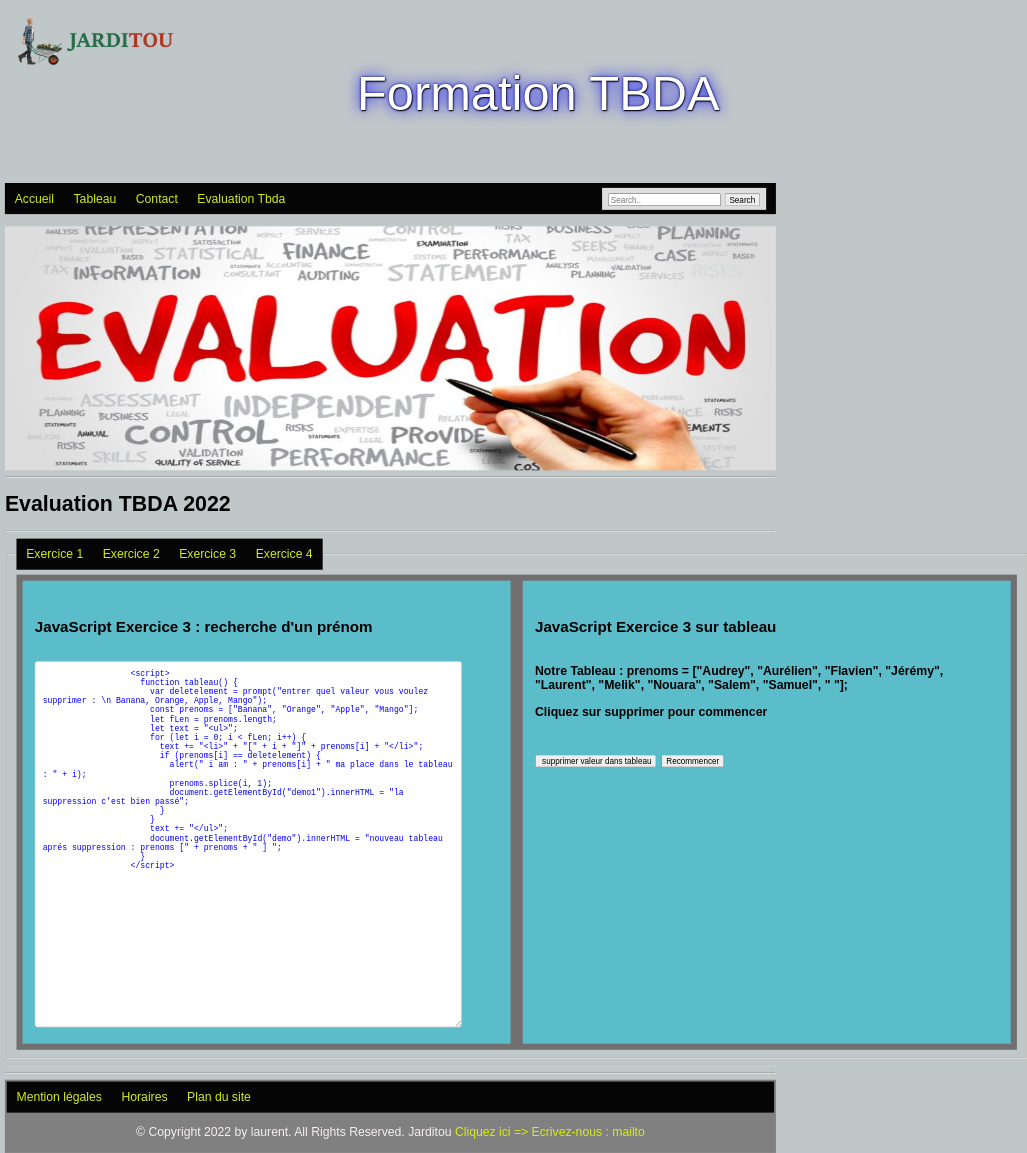
Repository: laurentbul/jarditou
Page: javascript/EvaluationTbda/eval_ex3.html
These files come from the project's save history. The page is drawn as it stood at one moment and after the next save; the edit follows.
The browser window is 1280 px wide. The page is 1684 px wide, so the pictures cover 1684 px, including what lies to the right of the window. The pictures show the whole page, at 61% of full size.

Above is the page before, as saved 2022-12-15 03:16:26.

### javascript/EvaluationTbda/eval_ex3.html
<!DOCTYPE html>
<html lang="fr">

<head>
  <meta charset="UTF-8">
  <meta http-equiv="X-UA-Compatible" content="IE=edge">
  <meta name="viewport" content="width=device-width, initial-scale=1.0">
  <title>cours exercices HTML</title>
  <link rel="stylesheet" href="../assets/css/style.css" />
  <style>
    .flex-container2 {
      display: flex;
      background-color: rgb(114, 111, 113);
    }

    .flex-container2>div {
      background-color: #5cbdca;
      margin: 10px;
      padding: 20px;
      font-size: 30px;
      width: 800px;
    }
  </style>
</head>

<body>
  <div class="flex-container">
    <div class="logo"><img src="../assets/img/jarditou_logo.png" alt="jarditou logo" title="jarditou logo"
        height="80" />
    </div>
    <div>
      <p class="slogan">Formation TBDA </p>
    </div>
  </div>
  <nav>
    <ul>
      <li><a href="../index.html">Accueil</a></li>
      <li><a href="../table.html">Tableau</a></li>
      <li><a href="../contact.html">Contact</a></li>
      <li><a href="../EvaluationTbda/evaluation_tbda.html">Evaluation Tbda</a></li>
      <li class="search-container">
        <div>
          <form action="/action_page.php">
            <input type="text" class="searchinput" placeholder="Search.." name="search" />
            <button type="submit">Search</button>
          </form>
        </div>
      </li>
    </ul>
  </nav>
  <img src="../assets/img/evaluation2.jpg" width="500" height="400" alt="qu'est ce que html" class="imgpromotion"
    title="promotion jarditou" />
  <hr />
  <h1>Evaluation TBDA 2022</h1>
  <include src="./horaire.html"></include>
  <hr>
  <fieldset>
    <legend style="padding:1px 0; font-size:20px;">
      <nav>
        <ul>
          <li><a href="eval_ex1.html">Exercice 1 </a></li>
          <li><a href="eval_ex2.html">Exercice 2 </a></li>
          <li><a href="eval_ex3.html">Exercice 3</a></li>
          <li><a href="eval_ex4.html">Exercice 4</a></li>
          </li>
        </ul>
      </nav>
    </legend>
    <div class="flex-container2">
      <div id="code">
        <h5>JavaScript Exercice 3 : recherche d'un prénom</h5>
        <textarea style="height: 600px;width: 700px; color: blue;">
                  <script>
                    function tableau() {
                      var deletelement = prompt("entrer quel valeur vous voulez supprimer : \n Banana, Orange, Apple, Mango");
                      const prenoms = ["Banana", "Orange", "Apple", "Mango"];
                      let fLen = prenoms.length;
                      let text = "<ul>";
                      for (let i = 0; i < fLen; i++) {
                        text += "<li>" + "[" + i + "]" + prenoms[i] + "</li>";
                        if (prenoms[i] == deletelement) {
                          alert(" i am : " + prenoms[i] + " ma place dans le tableau : " + i);
                          prenoms.splice(i, 1);
                          document.getElementById("demo1").innerHTML = "la suppression c'est bien passé";
                        }
                      }
                      text += "</ul>";
                      document.getElementById("demo").innerHTML = "nouveau tableau aprés suppression : prenoms [" + prenoms + " ] ";
                    }
                  </script>
    </textarea>
      </div>
      <div id="ex1">
        <div>
          <h5>JavaScript Exercice 3 sur tableau </h5>
          <h6>Notre Tableau :
            prenoms = ["Audrey", "Aurélien", "Flavien", "Jérémy", "Laurent", "Melik", "Nouara", "Salem", "Samuel", " "];
            <p>Cliquez sur supprimer pour commencer</p>
          </h6>
          <p id="demo1"></p>
          <p id="demo" style="color:blue"></p>
          <input type="button" onclick="tableau()" value=" supprimer valeur dans tableau" />
          <input type="button" onclick="myFunction()" value="Recommencer" />
        </div>
      </div>
    </div>
  </fieldset>
  <hr>
  <script>
    function tableau() {
      var deletelement = prompt("entrer quel valeur vous voulez supprimer : \n Flavien, Jérémy, Laurent, Melik, Nouara, Salem, Samuel");
      const prenoms = ["Audrey", "Aurélien", "Flavien", "Jérémy", "Laurent", "Melik", "Nouara", "Salem", "Samuel"];
      let fLen = prenoms.length;
      let text = "<ul>";
      for (let i = 0; i < fLen; i++) {
        text += "<li>" + "[" + i + "]" + prenoms[i] + "</li>";
        if (prenoms[i] == deletelement) {
          alert(" i am : " + prenoms[i] + " ma place dans le tableau : " + i);
          prenoms.splice(i, 1);
          document.getElementById("demo1").innerHTML = "la suppression c'est bien passé";
        }
      }
      text += "</ul>";
      document.getElementById("demo").innerHTML = "nouveau tableau aprés suppression : prenoms [" + prenoms + " ] ";
    }
    function myFunction() {
      location.reload();
    }
    function reset() {
      document.getElementById("myForm").reset();
    }
  </script>
  <hr>
  <footer>
    <nav>
      <ul>
        <li><a href="mentionlegale.html">Mention légales</a></li>
        <li><a href="horaire.html">Horaires</a></li>
        <li><a href="plandusite.html">Plan du site</a></li>
      </ul>
    </nav>
    <p style="color: rgb(244, 238, 238);">
      &copy; Copyright 2022 by laurent. All Rights Reserved. Jarditou
      <a href="mailto:dave.loper@afpa.fr" title="Nous contacter">
        Cliquez ici => Ecrivez-nous : mailto
      </a>
    </p>
  </footer>
</body>

</html>

### javascript/assets/css/style.css
body {
  font-family: Arial, Helvetica, sans-serif;
  padding: 0px;
  background-color: rgb(192, 199, 201);
  font-size: 20px;
  height: 1500px;
}
h1{font-size: 35px;
}
h2{font-size: 20px;
}
.flex-container {
  display: flex;
}

.flex-container>div {
  padding: 20px;
}

.jarditou_logo {
  height: 80px;
}

.slogan {
  color: white;
  text-shadow: 1px 1px 2px black, 0 0 25px blue, 0 0 5px darkblue;
  font-size: 40px;
  margin-left: 250px;
  font-size: 80px;
}

ul {
  list-style-type: none;
  margin: 0;
  padding: 0;
  overflow: hidden;
  background-color: rgb(5, 5, 5);
}

li {
  float: left;
}

li a {
  display: block;
  color: white;
  text-align: center;
  padding: 14px 16px;
  text-decoration: none;
}

li a:hover:not(.active) {
  background-color: rgb(240, 10, 10);
}

.active {
  background-color: #4caf50;
}

a:link {
  color: rgb(214, 235, 28);
  background-color: transparent;
  text-decoration: none;
}

ul.a {

  background-color: rgb(179, 167, 167);

  color:rgb(42, 226, 211);

}


aside {
  width: 30%;
  height: 25%px;
  padding-left: 15px;
  float: right;
  font-style: italic;
  background-color: lightgray;
  margin-right: 60px;
  /*display:none */ /*===========correction =======================*/
}



.imgpromotion {
  display: block;
  margin-top: 20px;
  margin-left: auto;
  margin-right: auto;
  width: 100%;
}


footer {
  text-align: center;
  padding: 3px;
  background-color: gray;
  color: white;
}


.search-container {
  float: right;
  padding: 6px 10px;
  margin-top: 8px;
  margin-right: 16px;
  background: #ddd;
  font-size: 20px;
  border: none;
  cursor: pointer;
}


* {
  box-sizing: border-box;
}

input[type=text]:not(.searchinput),
select,
textarea {
  width: 100%;
  padding: 12px;
  border: 1px solid #ccc;
  border-radius: 4px;
  resize: vertical;
}



input[type=submit] {
  display: block;
  margin: 0px;
  width: 100%;
  padding: 12px;
  background-color: rgb(211, 211, 212);
}


input[type=submit]:hover {
  background-color: #d6c82f;
}

.container {
  border-radius: 5px;
  background-color: #af1818;
  padding: 20px;
}

#pays {
  font-size: 20px;
}

#birthday {
  font-size: 20px;
}

table {
  margin-bottom: 50px;
  margin-left: 100px;
}


th,
td {
  border: 1px solid black;
  border-collapse: collapse;
  margin-left: 100px;
  margin-bottom: 10px;
  background-color: #3f3324;
}

th {
  background-color: gray;
}

tr {
  color: azure;
}

table {
  width: 50%;
}

.btncontact {
  height: 45px;
  width: 200px;
  background-color: hsl(127, 4%, 46%);
  font-size: 20px;
  margin-left: 100px;
}

.btncontact:hover {
  background-color: #6ab0d8;
  color: white;
}

/* Responsive layout - when the screen is less than 768px wide, make the two columns stack on top of each other instead of next to each other */
@media screen and (max-width: 768px) {

  body {

    background-color: lavender;
    font-size: 14px;
  }


  .flex-container {
    display: flex;
  }

  .flex-container>div {
    padding: 0px;

  }

  .jarditou_logo {
    height: 80px;
  }

  .slogan {
    color: white;
    text-shadow: 1px 1px 2px black, 0 0 25px blue, 0 0 5px darkblue;
    margin-left: 0px;
    font-size: 40px;
  }

  ul {
    list-style-type: none;
    background-color: #367791;
    width: 768px;
  }

  li {
    background-color: rgb(10, 10, 10);
    display: flex;
    justify-content: center;
    width: 768px;
  }

  li a:hover:not(.active) {
    background-color: rgb(240, 10, 10);
  }

  aside{
    visibility: hidden;
}


}

.error{
  color: rgb(197, 22, 22);
}

After the next save:
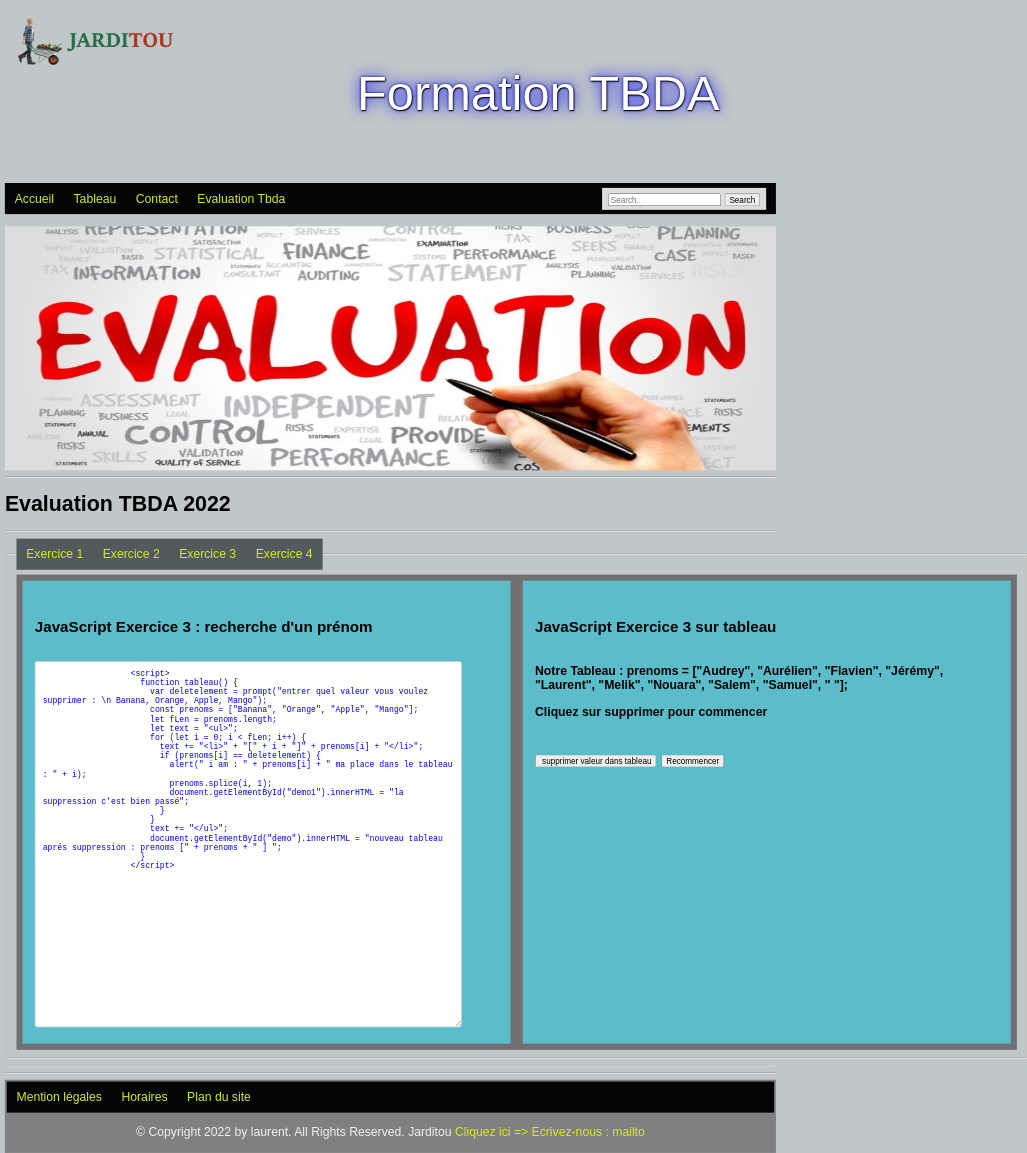
Saved 70 s later.
--- a/javascript/EvaluationTbda/eval_ex3.html
+++ b/javascript/EvaluationTbda/eval_ex3.html
@@ -57,7 +57,7 @@
   <fieldset>
     <legend style="padding:1px 0; font-size:20px;">
       <nav>
-        <ul>
+        <ul style="background-color: #525a5b;">
           <li><a href="eval_ex1.html">Exercice 1 </a></li>
           <li><a href="eval_ex2.html">Exercice 2 </a></li>
           <li><a href="eval_ex3.html">Exercice 3</a></li>
